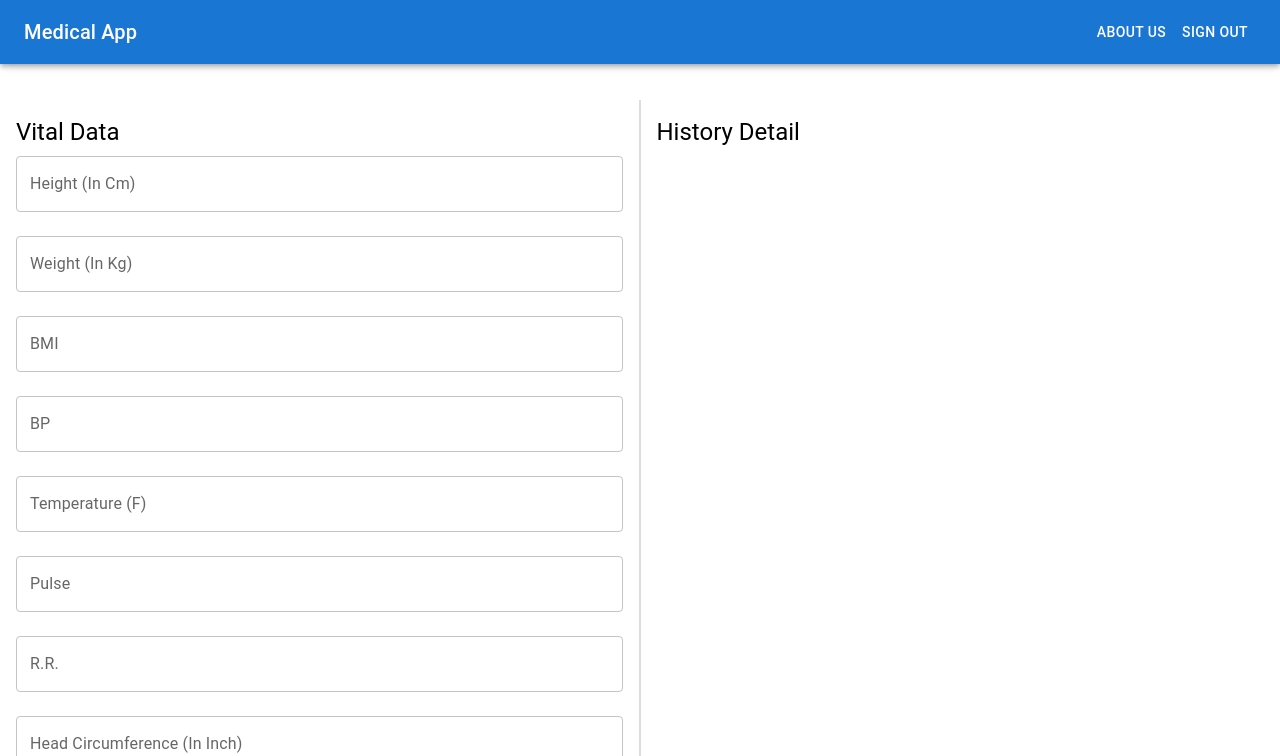
Repository: sshaiv/demo_project
Page: /
These files come from the project's save history. The page is drawn as it stood at one moment and after the next save; the edit follows.
The browser window is 1280 px wide. The pictures show the whole page.
An inner scrolling area shows only its first screen. The project was rebuilt for these pictures with package versions that can differ from the ones it lists, and the page was loaded fresh each time.

Above is the page before, as saved 2024-08-12 20:20:15.

### src/App.js
// src/App.js
import React from 'react';
import { Box, Container } from '@mui/material';
import LeftSection from './components/LeftSection';
import RightSection from './components/RightSection';
import Header from './components/Header'; // Assuming you have a Header component

const App = () => {
  return (
    <div>
      <Header /> {/* Include your header if you have one */}

      <Box
        sx={{
          position:'relative',
          top:'100px',
          display: 'flex',
          height: 'calc(100vh - 64px)', // Adjust height if you have a header
        }}
      >
        <Box sx={{ width: '50%', overflowY: 'scroll' }}>
          <LeftSection />
        </Box>
        <Box sx={{ width: '50%', borderLeft: '1px solid #ddd' }}>
          <RightSection />
        </Box>
      </Box>
    </div>
  );
};

export default App;

### src/components/LeftSection.jsx
// src/components/LeftSection.js
import React from 'react';
import { Box, Typography, TextField, Grid } from '@mui/material';

const LeftSection = () => {
  return (
    <Box
      sx={{
        width: '100%',
        height: 'calc(100vh - 64px)',
        overflowY: 'scroll',
        padding: '16px',
        boxSizing: 'border-box',
        borderRight: '1px solid #ddd',
      }}
    >
      <Typography variant="h5" gutterBottom>
        Vital Data
      </Typography>
      {/* Add your form fields or content here */}
      <Grid container spacing={3}>
        <Grid item xs={12}>
          <TextField label="Height (In Cm)" fullWidth />
        </Grid>
        <Grid item xs={12}>
          <TextField label="Weight (In Kg)" fullWidth />
        </Grid>
        <Grid item xs={12}>
          <TextField label="BMI" fullWidth />
        </Grid>
        <Grid item xs={12}>
          <TextField label="BP" fullWidth />
        </Grid>
        <Grid item xs={12}>
          <TextField label="Temperature (F)" fullWidth />
        </Grid>
        <Grid item xs={12}>
          <TextField label="Pulse" fullWidth />
        </Grid>
        <Grid item xs={12}>
          <TextField label="R.R." fullWidth />
        </Grid>
        <Grid item xs={12}>
          <TextField label="Head Circumference (In Inch)" fullWidth />
        </Grid>
        <Grid item xs={12}>
          <TextField label="SpO2 (%)" fullWidth />
        </Grid>
        <Grid item xs={12}>
          <TextField label="Pain Score" fullWidth />
        </Grid>
        {/* Add more fields as needed */}
      </Grid>
    </Box>
  );
};

export default LeftSection;

### src/components/RightSection.jsx
// src/components/RightSection.js
import React from 'react';
import { Box, Typography } from '@mui/material';

const RightSection = () => {
  return (
    <Box
      sx={{
        width: '100%',
        height: 'calc(100vh - 64px)',
        padding: '16px',
        boxSizing: 'border-box',
      }}
    >
      <Typography variant="h5" gutterBottom>
        History Detail
      </Typography>
      {/* Add more content as needed */}
    </Box>
  );
};

export default RightSection;

### src/components/Header.js
import React from 'react';
import { AppBar, Toolbar, Typography, Button } from '@mui/material';

const Header = () => {
  return (
    <AppBar position="fixed">
      <Toolbar>
        <Typography variant="h6" style={{ flexGrow: 1 }}>
          Medical App
        </Typography>
        <Button color="inherit">About Us</Button>
        <Button color="inherit">Sign Out</Button>
      </Toolbar>
    </AppBar>
  );
};

export default Header;

Loaded but not shown: public/index.html (common file); src/index.js (common file); src/index.css (common file)

After the next save:
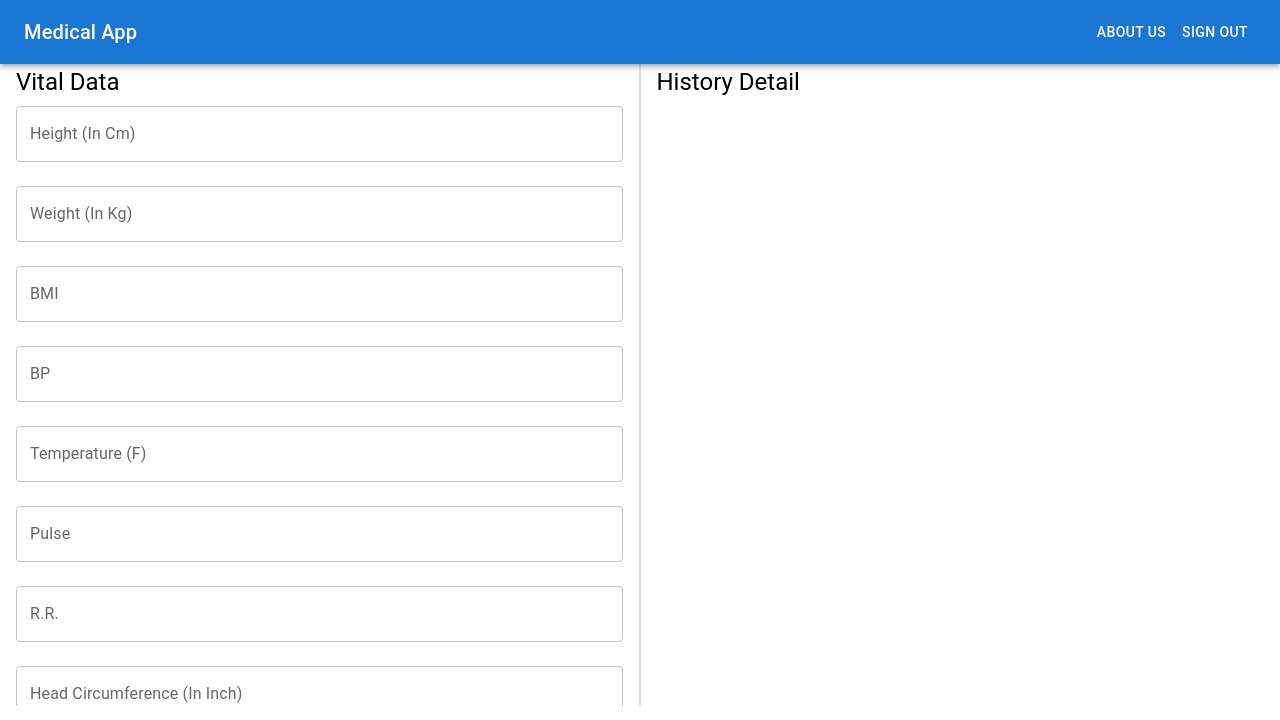
Saved 11 s later.
--- a/src/App.js
+++ b/src/App.js
@@ -13,7 +13,7 @@ const App = () => {
       <Box
         sx={{
           position:'relative',
-          top:'100px',
+          top:'50px',
           display: 'flex',
           height: 'calc(100vh - 64px)', // Adjust height if you have a header
         }}
